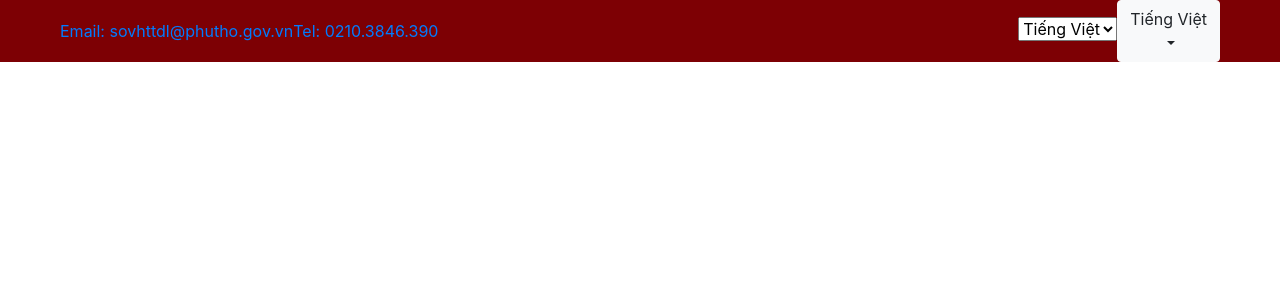
Repository: NgocNB20/Front_end_KLTN
Page: index.html
These files come from the project's save history. The page is drawn as it stood at one moment and after the next save; the edit follows.
The browser window is 1280 px wide. The pictures show the whole page.
Some web fonts or font styles are not loaded; a fallback is used.

Above is the page before, as saved 2021-11-28 10:03:49.

### index.html
<!DOCTYPE html>
<html lang="en">

<head>
    <meta charset="UTF-8">
    <meta http-equiv="X-UA-Compatible" content="IE=edge">
    <meta name="viewport" content="width=device-width, initial-scale=1.0">
     <!-- Bootstrap CSS -->
     <link rel="stylesheet" href="https://maxcdn.bootstrapcdn.com/bootstrap/4.0.0/css/bootstrap.min.css" integrity="sha384-Gn5384xqQ1aoWXA+058RXPxPg6fy4IWvTNh0E263XmFcJlSAwiGgFAW/dAiS6JXm" crossorigin="anonymous">
    <link
        href="https://fonts.googleapis.com/css?family=Barlow+Condensed:200,300,400,400i,500,600,700,800,900%7CSatisfy&amp;display=swap"
        rel="stylesheet">
    <link rel="stylesheet" href="./style.css">
    <title>Travel</title>
</head>

<body>
    <div class="page-wrapper">
        <div class="site-header__header-one-wrap">
            <div class="topbar-one">
                <div class="container-fluid">
                    <div class="topbar-one__left">
                        <a href="mailto:Email: sovhttdl@phutho.gov.vn">Email: sovhttdl@phutho.gov.vn</a>
                        <a href="tel:Tel: 0210.3846.390">Tel: 0210.3846.390</a>
                    </div>
                    <div class="topbar-one__right"></div>
                    <div class="main-nav__right">
                        <div class="dropdown bootstrap-select"><select name="languages" id="languages"
                                class="selectpicker" onchange="javascript:location.href = this.value;" tabindex="-98">
                                <option value="/vi" selected="">Tiếng Việt</option>
                                <option value="/en">English</option>
                            </select><button type="button" class="btn dropdown-toggle btn-light" data-toggle="dropdown"
                                role="button" data-id="languages" title="Tiếng Việt">
                                <div class="filter-option">
                                    <div class="filter-option-inner">
                                        <div class="filter-option-inner-inner">Tiếng Việt</div>
                                    </div>
                                </div>
                            </button>
                            <div class="dropdown-menu " role="combobox">
                                <div class="inner show" role="listbox" aria-expanded="false" tabindex="-1">
                                    <ul class="dropdown-menu inner show"></ul>
                                </div>
                            </div>
                        </div>
                        <a href="#" class="main-nav__search search-popup__toggler"><i
                                class="tripo-icon-magnifying-glass"></i></a>
                        <a href="#" class="main-nav__login login-popup__toggler"><i class="tripo-icon-avatar"></i></a>
                    </div>
                </div>
            </div>
            <div class="container-fluid">

            </div>
        </div>
    </div>

</body>

</html>

### style.css
:root {
    --thm-font: 'Barlow Condensed', sans-serif;
    --heading-font: 'Charmonman', cursive;
    --thm-base: #ffa801;
    --thm-base-rgb: 255, 168, 1;
    --thm-primary: #40b9eb;
    --thm-primary-rgb: 64, 185, 235;
    --thm-secondary: #ff0143;
    --thm-secondary-rgb: 255, 1, 67;
    --thm-black: #082740;
    --thm-black-rgb: 8, 39, 64;
    --thm-gray: #eceeef;
    --blue: #007bff;
    --indigo: #6610f2;
    --purple: #6f42c1;
    --pink: #e83e8c;
    --red: #dc3545;
    --orange: #fd7e14;
    --yellow: #ffc107;
    --green: #28a745;
    --teal: #20c997;
    --cyan: #17a2b8;
    --white: #fff;
    --gray: #6c757d;
    --gray-dark: #343a40;
    --primary: #007bff;
    --secondary: #6c757d;
    --success: #28a745;
    --info: #17a2b8;
    --warning: #ffc107;
    --danger: #dc3545;
    --light: #f8f9fa;
    --dark: #343a40;
    --breakpoint-xs: 0;
    --breakpoint-sm: 576px;
    --breakpoint-md: 768px;
    --breakpoint-lg: 992px;
    --breakpoint-xl: 1200px;
    --font-family-sans-serif: -apple-system,BlinkMacSystemFont,"Segoe UI",Roboto,"Helvetica Neue",Arial,"Noto Sans",sans-serif,"Apple Color Emoji","Segoe UI Emoji","Segoe UI Symbol","Noto Color Emoji";
    --font-family-monospace: SFMono-Regular,Menlo,Monaco,Consolas,"Liberation Mono","Courier New",monospace;
}
.topbar-one {
    background-color: #7d0004;
}
.topbar-one .container-fluid {
    padding-left: 0;
    padding-right: 0;
    display: -webkit-box;
    display: flex;
    -webkit-box-align: center;
    align-items: center;
    -webkit-box-pack: justify;
    justify-content: space-between;
}
.topbar-one__left {
    display: -webkit-box;
    display: flex;
    -webkit-box-align: center;
    align-items: center;
    padding-left: 60px;
}
.topbar-one__right {
    display: -webkit-box;
    display: flex;
    -webkit-box-align: center;
    align-items: center;
}
.main-nav__right {
    margin-left: auto;
    display: -webkit-box;
    display: flex;
    -webkit-box-align: center;
    align-items: center;
    padding-right: 60px;
}

After the next save:
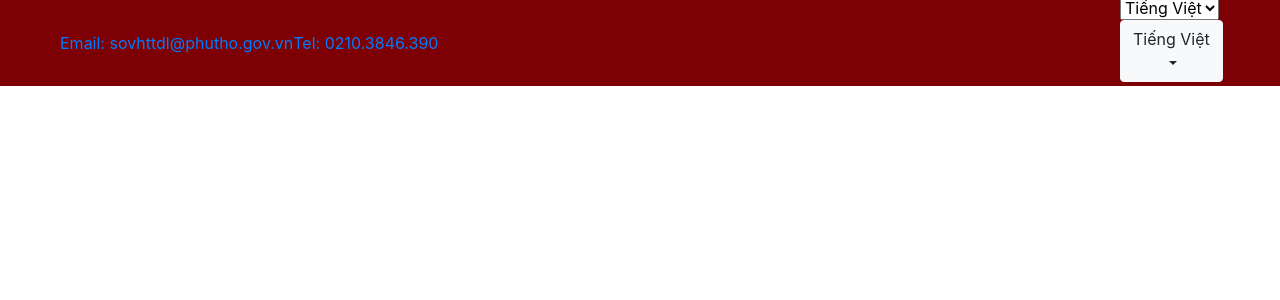
Saved 4 min 21 s later.
--- a/style.css
+++ b/style.css
@@ -73,3 +73,13 @@
     align-items: center;
     padding-right: 60px;
 }
+.main-nav__right .bootstrap-select:not([class*="col-"]):not([class*="form-control"]):not(.input-group-btn) {
+    width: 100px;
+    position: relative;
+    top: -4px;
+}
+.main-nav__right .bootstrap-select:not([class*="col-"]):not([class*="form-control"]):not(.input-group-btn) {
+    width: 100px;
+    position: relative;
+    top: -4px;
+}
